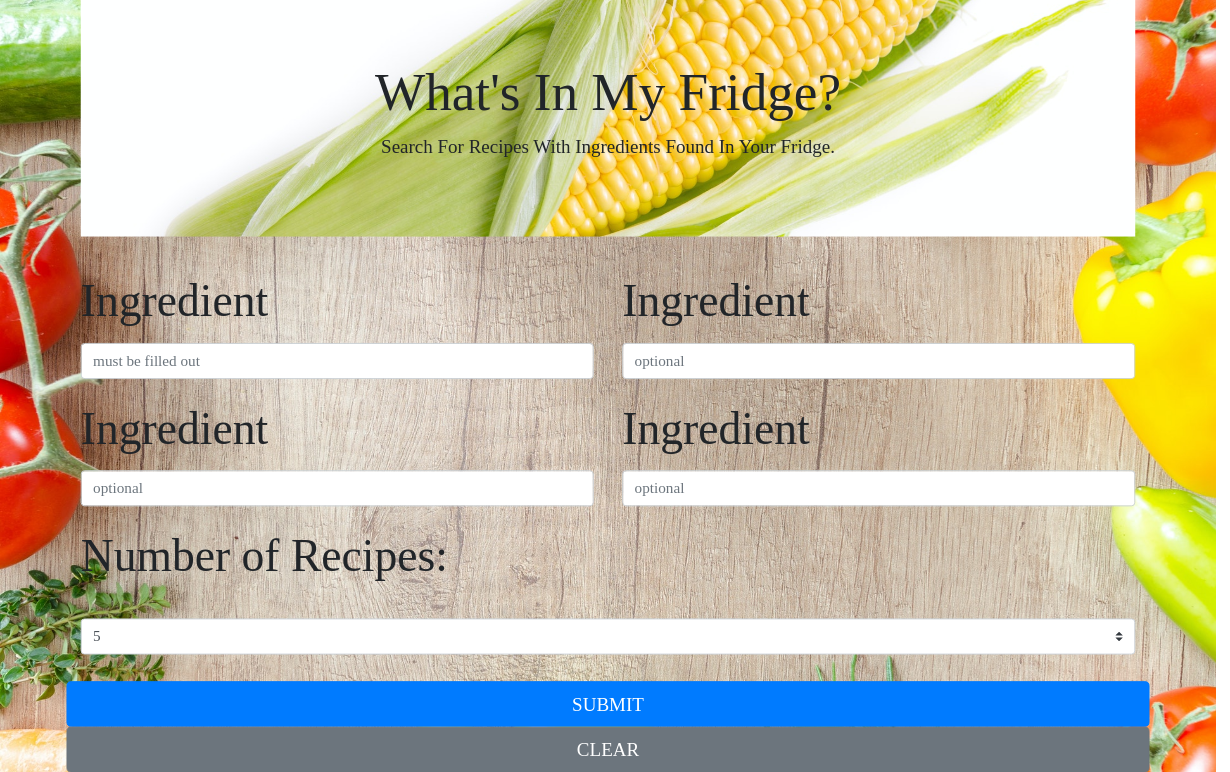
Repository: ogipajic/Recipe_API
Page: index.html
An editor plug-in stored every save of this project. The page is shown before and after the next save, followed by the edit.
The browser window is 1280 px wide. The page is 1280 px wide, then 1295 px, so the pictures cover 1295 px, including what lies to the right of the window. The pictures show the whole page, at 95% of full size.
The page's requests for data from a server got no answer. Backgrounds fixed to the window are drawn as part of the page. Some web fonts or font styles are not loaded; a fallback is used.

Above is the page before, as saved 2020-07-12 16:20:57.

After the next save:
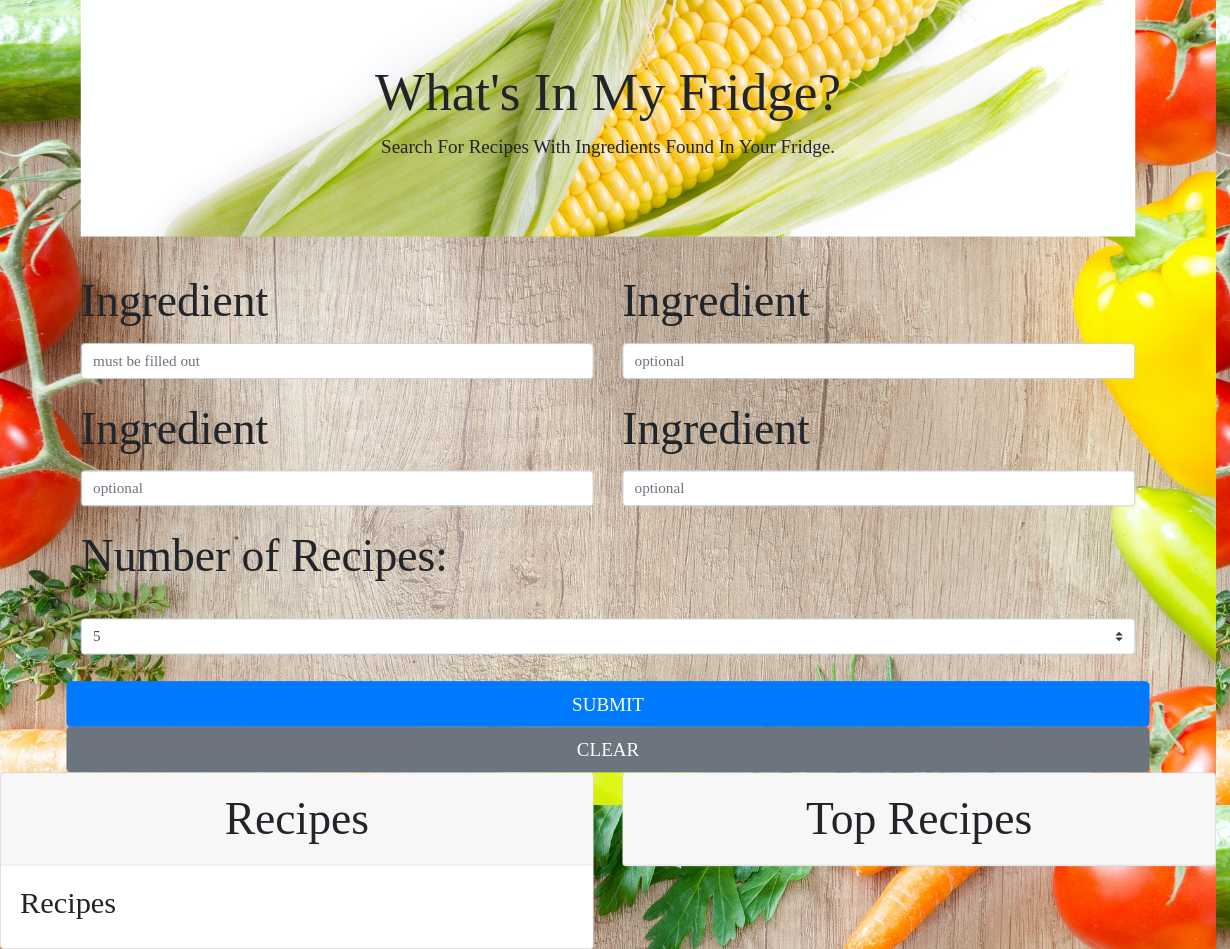
Saved 10 min 37 s later.
--- a/index.html
+++ b/index.html
@@ -90,7 +90,43 @@
         </div>
     </div>
 
+  <div class="row">
+    <div class="col-6 recipes-placeholder">
+      <section class="row">
+        <div class="col-md-12">
 
+          <div class="card">
+            <div class="card-header">
+              <i class="fa fa-table"></i>Recipes
+            </div>
+
+            <article class="card-body" id="recipe-section">
+              <h2>Recipes</h2>
+            </article>
+          </div>
+        </div>
+      </section>
+    </div>
+
+    <div class="col-6 recipes-placeholder">
+      <section class="row">
+        <div class="col-md-12">
+
+          <div class="card">
+            <div class="card-header">
+              <i class="fa fa-table"></i>Top Recipes
+            </div>
+
+          </div>
+        </div>
+      </section>
+
+
+
+
+
+
+  </div>
 
 
  <script src="script.js"></script>
